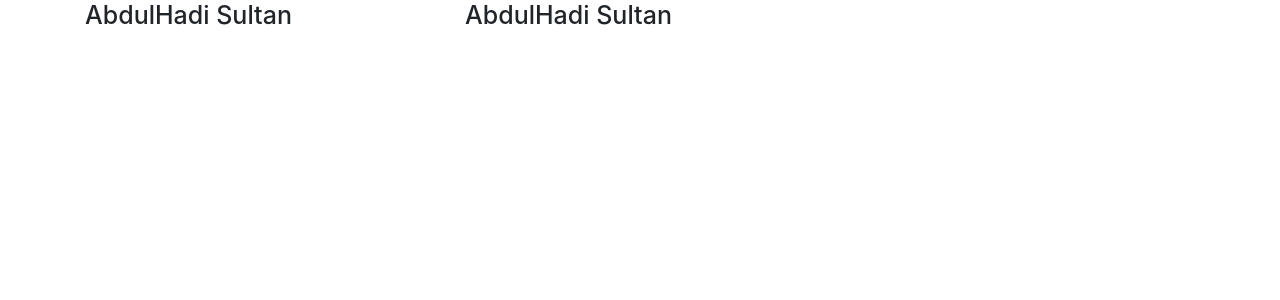
Repository: usman-yousuf/football-website
Page: Home/home.html
An editor plug-in stored every save of this project. The page is shown before and after the next save, followed by the edit.
The browser window is 1280 px wide. The pictures show the whole page.

Above is the page before, as saved 2021-08-18 11:30:54.
Console error: ReferenceError: $ is not defined

### Home/home.html
<!DOCTYPE html>
<html lang="en">
  <head>
    <meta charset="UTF-8" />
    <meta http-equiv="X-UA-Compatible" content="IE=edge" />
    <meta name="viewport" content="width=device-width, initial-scale=1.0" />
    <link
      rel="stylesheet"
      href="https://cdn.jsdelivr.net/npm/bootstrap@4.6.0/dist/css/bootstrap.min.css"
      integrity="sha384-B0vP5xmATw1+K9KRQjQERJvTumQW0nPEzvF6L/Z6nronJ3oUOFUFpCjEUQouq2+l"
      crossorigin="anonymous"
    />
    <link rel="preconnect" href="https://fonts.googleapis.com" />
    <link rel="preconnect" href="https://fonts.gstatic.com" crossorigin />
    <link
      href="https://fonts.googleapis.com/css2?family=Nunito+Sans:wght@700&display=swap"
      rel="stylesheet"
    />
    <link
      rel="stylesheet"
      href="https://cdnjs.cloudflare.com/ajax/libs/font-awesome/4.7.0/css/font-awesome.min.css"
      integrity="sha512-SfTiTlX6kk+qitfevl/7LibUOeJWlt9rbyDn92a1DqWOw9vWG2MFoays0sgObmWazO5BQPiFucnnEAjpAB+/Sw=="
      crossorigin="anonymous"
    />

    <link rel="stylesheet" href="../assets/main.css" />

    <title>Index.html</title>
    <style></style>
  </head>
  <body>
    <!-- .................Home Page Start ......................... -->

    <!-- .................Home Page NavBar Start ......................... -->

   <div class="container">

   </div>
    <!-- .................Home Page NavBar End ......................... -->

    <!-- .................Home Page Slider Section Start......................... -->
    <div class="container">
      <div class="row">
        <div class="col-lg-4">
          <h1>AbdulHadi Sultan</h1>
        </div>
        <div class="col-lg-8">
          <h1>AbdulHadi Sultan</h1>
        </div>
      </div>
    </div>
    <!-- .................Home Page Slider Section End ......................... -->

    <!-- .................Home Page End ......................... -->
    <script src="../assets/main.js"></script>
    <script
      src="https://code.jquery.com/jquery-3.5.1.slim.min.js"
      integrity="sha384-DfXdz2htPH0lsSSs5nCTpuj/zy4C+OGpamoFVy38MVBnE+IbbVYUew+OrCXaRkfj"
      crossorigin="anonymous"
    ></script>
    <script
      src="https://cdn.jsdelivr.net/npm/bootstrap@4.6.0/dist/js/bootstrap.bundle.min.js"
      integrity="sha384-Piv4xVNRyMGpqkS2by6br4gNJ7DXjqk09RmUpJ8jgGtD7zP9yug3goQfGII0yAns"
      crossorigin="anonymous"
    ></script>
  </body>
</html>

### assets/main.css
* {
  padding: 0%;
  margin: 0%;
  box-sizing: border-box;
}
html {
  font-size: 62.5%;
}

/* .................Home Page CSS Start .........................  */
/*
.social-part .fa img {
  padding-right: 20px;
} */
/* ul li a {
  margin-right: 20px;
} */
.navbar-expand-md {
  padding: 2.5rem 0rem 0rem 0rem;
}
.nav-item img {
  margin-top: -0.4rem;
}
.navbar-nav li {
  font-size: 1.8rem;
  color: #212121;
  margin-left: 5rem;
}
.social-part a {
  margin-right: 1rem;
  font-size: 1.6rem;
  font-weight: 500;
}
.social-part {
  margin-right: 4rem;
}
.nav_profile {
  width: 2.5rem;
  border: 0.2rem solid #006400;
  border-radius: 10rem;
  margin-left: 2rem;
}
.nav_notification_img {
  width: 3rem;
  margin-left: 2rem;
}
.nav_location_img {
  margin-top: -0.4rem;
  width: 1.2rem;
}
/* .................Home Page CSS End .........................  */

### assets/main.js
$(document).ready(function () {
  $(".navbar-light .dmenu").hover(
    function () {
      $(this).find(".sm-menu").first().stop(true, true).slideDown(150);
    },
    function () {
      $(this).find(".sm-menu").first().stop(true, true).slideUp(105);
    }
  );
});

After the next save:
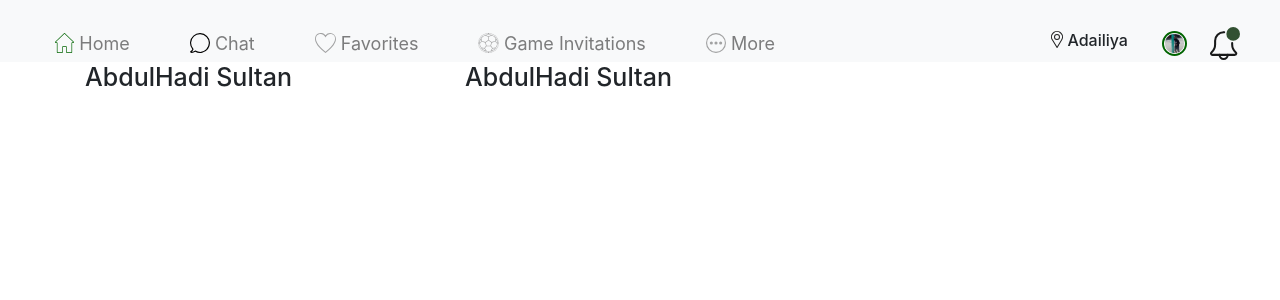
Saved 6 s later.
--- a/Home/home.html
+++ b/Home/home.html
@@ -33,9 +33,120 @@
 
     <!-- .................Home Page NavBar Start ......................... -->
 
-   <div class="container">
+    <nav class="navbar navbar-expand-md navbar-light bg-light">
+      <button
+        class="navbar-toggler"
+        type="button"
+        data-toggle="collapse"
+        data-target="#navbarTogglerDemo03"
+        aria-controls="navbarTogglerDemo03"
+        aria-expanded="false"
+        aria-label="Toggle navigation"
+      >
+        <span class="navbar-toggler-icon"></span>
+      </button>
 
-   </div>
+      <div class="collapse navbar-collapse" id="navbarTogglerDemo03">
+        <ul class="navbar-nav mr-auto mt-2 mt-lg-0">
+          <li class="nav-item">
+            <a class="nav-link" href="#">
+              <span>
+                <img
+                  src="../assets/images/home.svg"
+                  class="img-fluid"
+                  alt="navbar_home"
+                />
+              </span>
+              Home <span class="sr-only">(current)</span></a
+            >
+          </li>
+          <li class="nav-item">
+            <a class="nav-link" href="#">
+              <span>
+                <img
+                  src="../assets/images/chat.svg"
+                  class="img-fluid"
+                  alt="navbar_chat"
+                />
+              </span>
+              Chat</a
+            >
+          </li>
+          <!-- <li class="nav-item dropdown dmenu">
+            <a
+              class="nav-link dropdown-toggle"
+              href="#"
+              id="navbardrop"
+              data-toggle="dropdown"
+            >
+              Our Service
+            </a>
+            <div class="dropdown-menu sm-menu">
+              <a class="dropdown-item" href="#">service2</a>
+              <a class="dropdown-item" href="#">service 2</a>
+              <a class="dropdown-item" href="#">service 3</a>
+            </div>
+          </li> -->
+          <li class="nav-item">
+            <a class="nav-link" href="#">
+              <span>
+                <img
+                  src="../assets/images/favrticon.svg"
+                  class="img-fluid"
+                  alt="navbar_fvrt"
+                />
+              </span>
+              Favorites</a
+            >
+          </li>
+          <li class="nav-item">
+            <a class="nav-link" href="#">
+              <span>
+                <img
+                  src="../assets/images/GameInvitation.svg"
+                  class="img-fluid"
+                  alt="navbar_home"
+                />
+              </span>
+              Game Invitations</a
+            >
+          </li>
+
+          <li class="nav-item">
+            <a class="nav-link" href="#">
+              <span>
+                <img
+                  src="../assets/images/moreoption.svg"
+                  class="img-fluid"
+                  alt="navbar_home"
+                />
+              </span>
+              More</a
+            >
+          </li>
+        </ul>
+        <div class="social-part">
+          <a>
+            <img
+              src="../assets/images/Location.svg"
+              class="img-fluid nav_location_img"
+              alt="navbar_home"
+            />
+            <span> Adailiya </span>
+          </a>
+          <img
+            src="../assets/images/Group 24.png"
+            class="img-fluid nav_profile"
+            alt="Navbar_profile"
+          />
+          <img
+            src="../assets/images/notification.svg"
+            class="img-fluid nav_notification_img"
+            alt="navbar_home"
+          />
+        </div>
+      </div>
+    </nav>
     <!-- .................Home Page NavBar End ......................... -->
 
     <!-- .................Home Page Slider Section Start......................... -->
